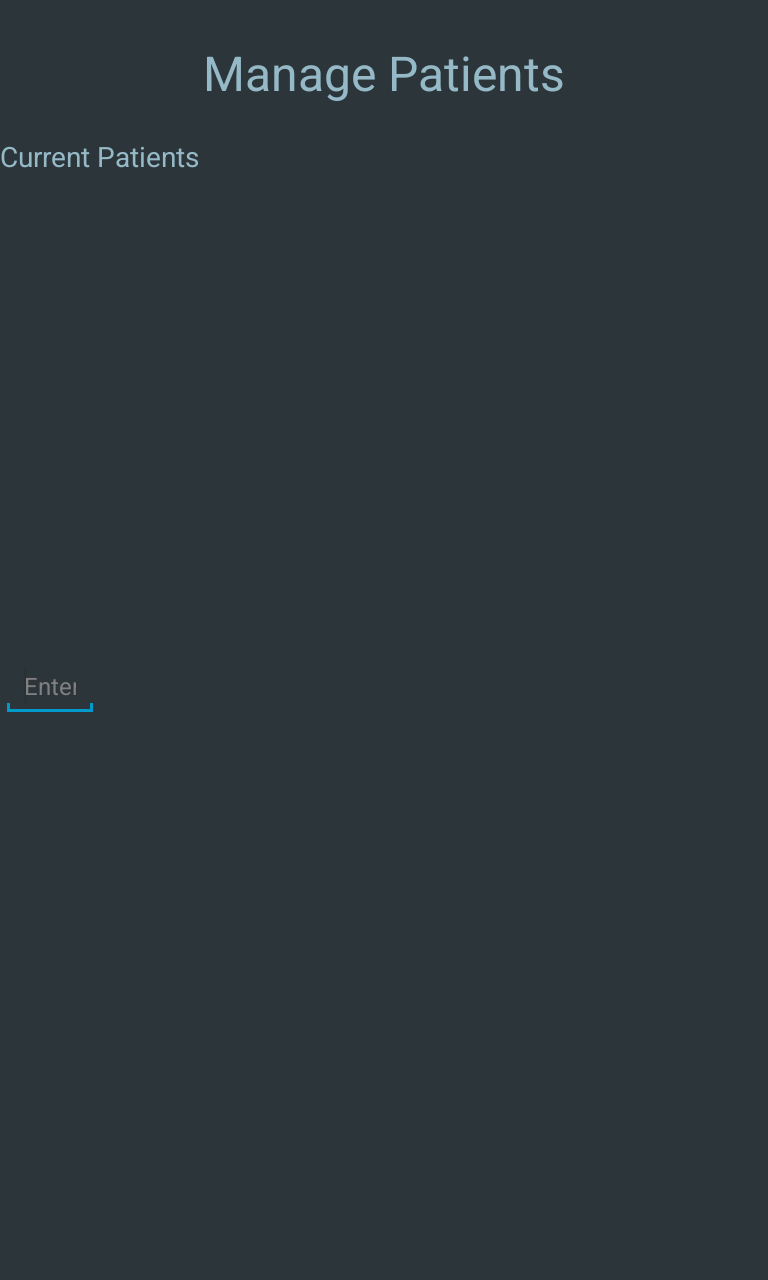
Repository: davidwiggy/MyWeek
Layout: MyWeek/res/layout/manage_clients.xml
The author's editor kept a copy of each file at every save. The layout is drawn from the files as they stood at one save, then again after the next save.
It is drawn on a 768 x 1280 px phone screen (xhdpi) without system bars, with theme AppTheme; the app's code is not run. Lists and similar views that code fills are empty.

Above is the layout before, as saved 2013-10-29 01:45:44.

After the next save:
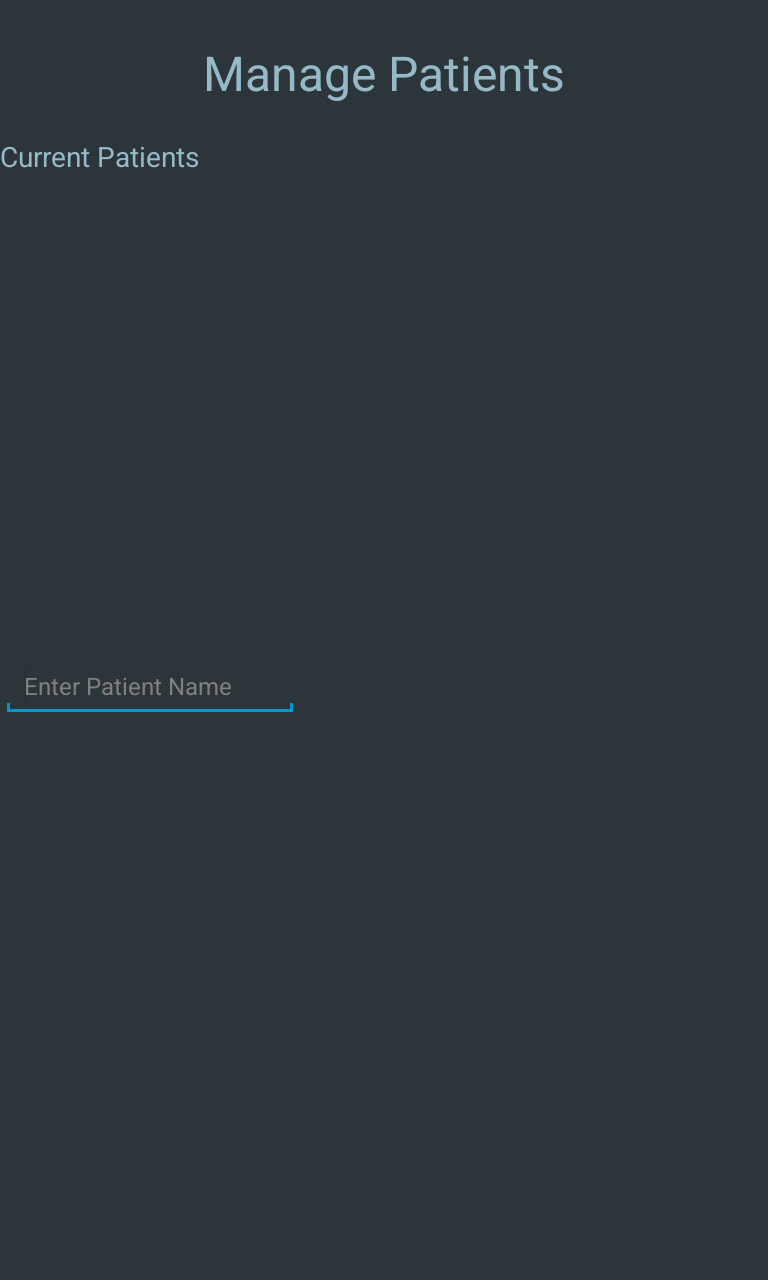
Saved 21 s later.
--- a/MyWeek/res/layout/manage_clients.xml
+++ b/MyWeek/res/layout/manage_clients.xml
@@ -39,7 +39,7 @@
 
        <EditText
            android:id="@+id/enter_patient_name"
-           android:layout_width="50dip"
+           android:layout_width="150dip"
            android:layout_height="wrap_content"
            android:layout_alignParentLeft="true"
            android:layout_below="@+id/listViewHolderManageClients"
